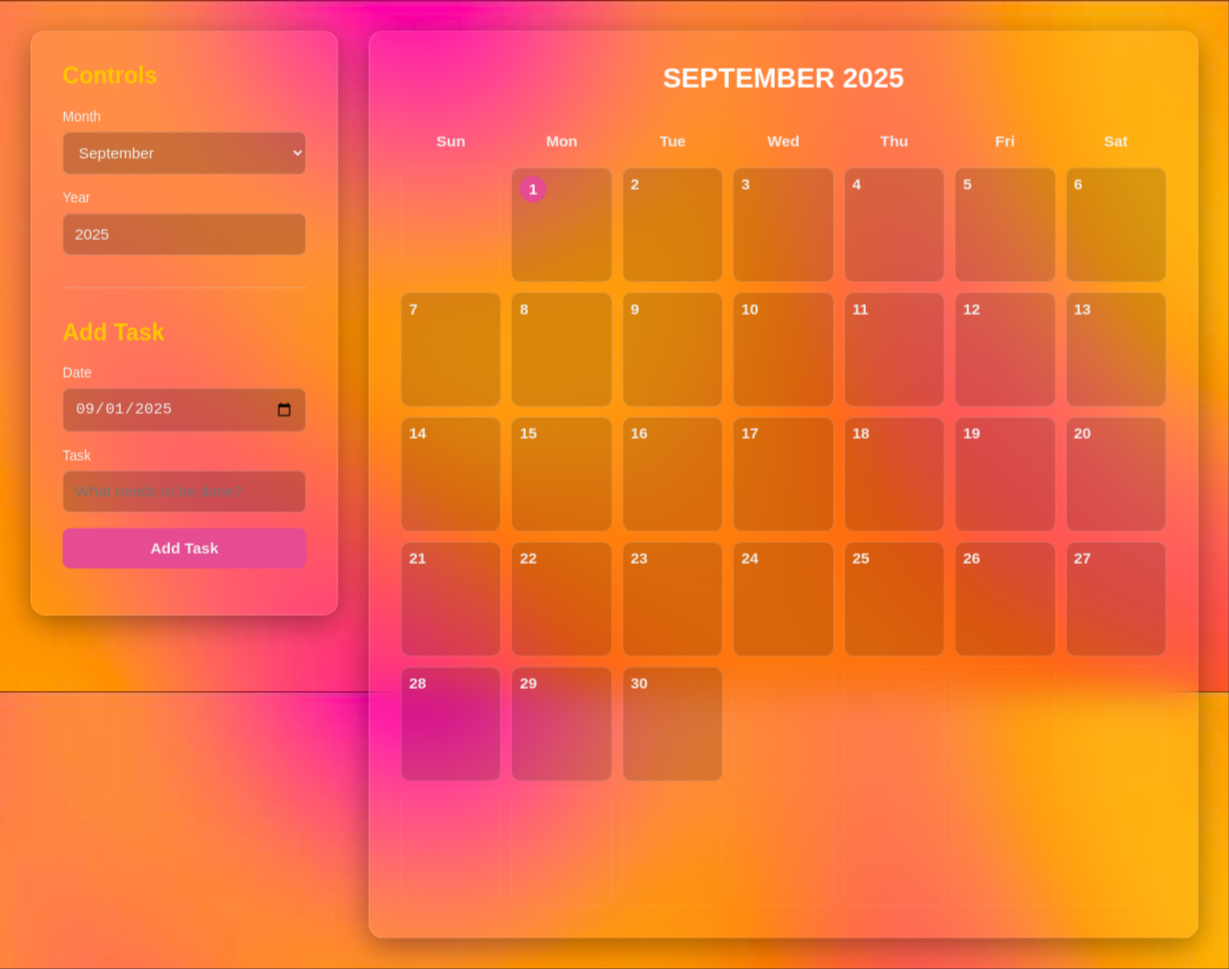
Repository: TanujaNair03/ToDo
Page: static/index.html
These files come from the project's save history. The page is drawn as it stood at one moment and after the next save; the edit follows.
The browser window is 1280 px wide. The pictures show the whole page, at 96% of full size.
The page's requests for data from a server got no answer. Backgrounds fixed to the window are drawn as part of the page.

Above is the page before, as saved 2025-09-01 15:53:25.

After the next save:
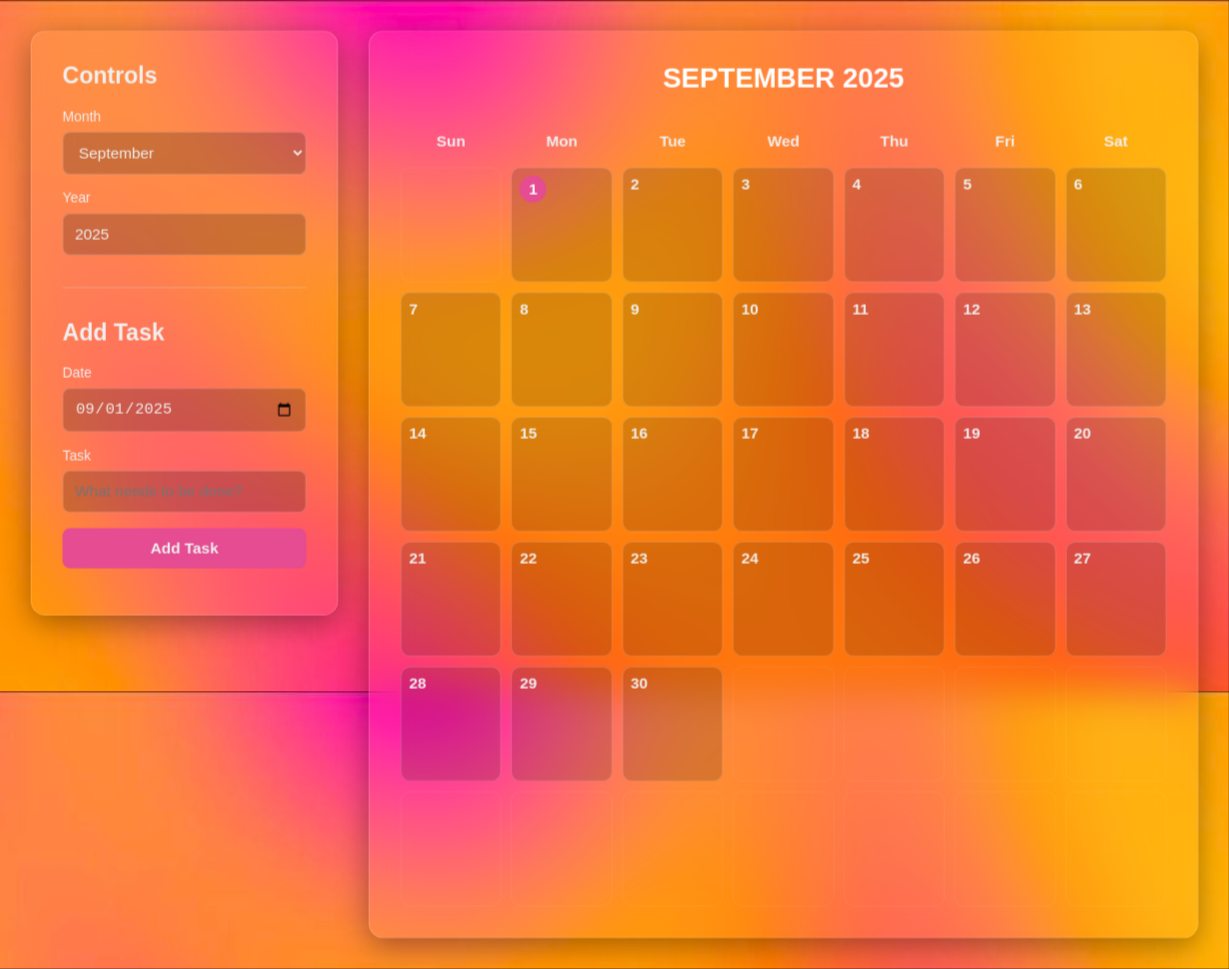
Saved 44 s later.
--- a/static/index.html
+++ b/static/index.html
@@ -56,7 +56,7 @@
             height: fit-content;
             flex-shrink: 0;
         }
-        .sidebar h2 { margin-top: 0; color: var(--accent-secondary); }
+        .sidebar h2 { margin-top: 0; color: var(--text-color); }
         .form-group { margin-bottom: 1rem; }
         .form-group label { display: block; margin-bottom: 0.5rem; font-size: 0.9rem; }
         .form-group input, .form-group select, .form-group button {
